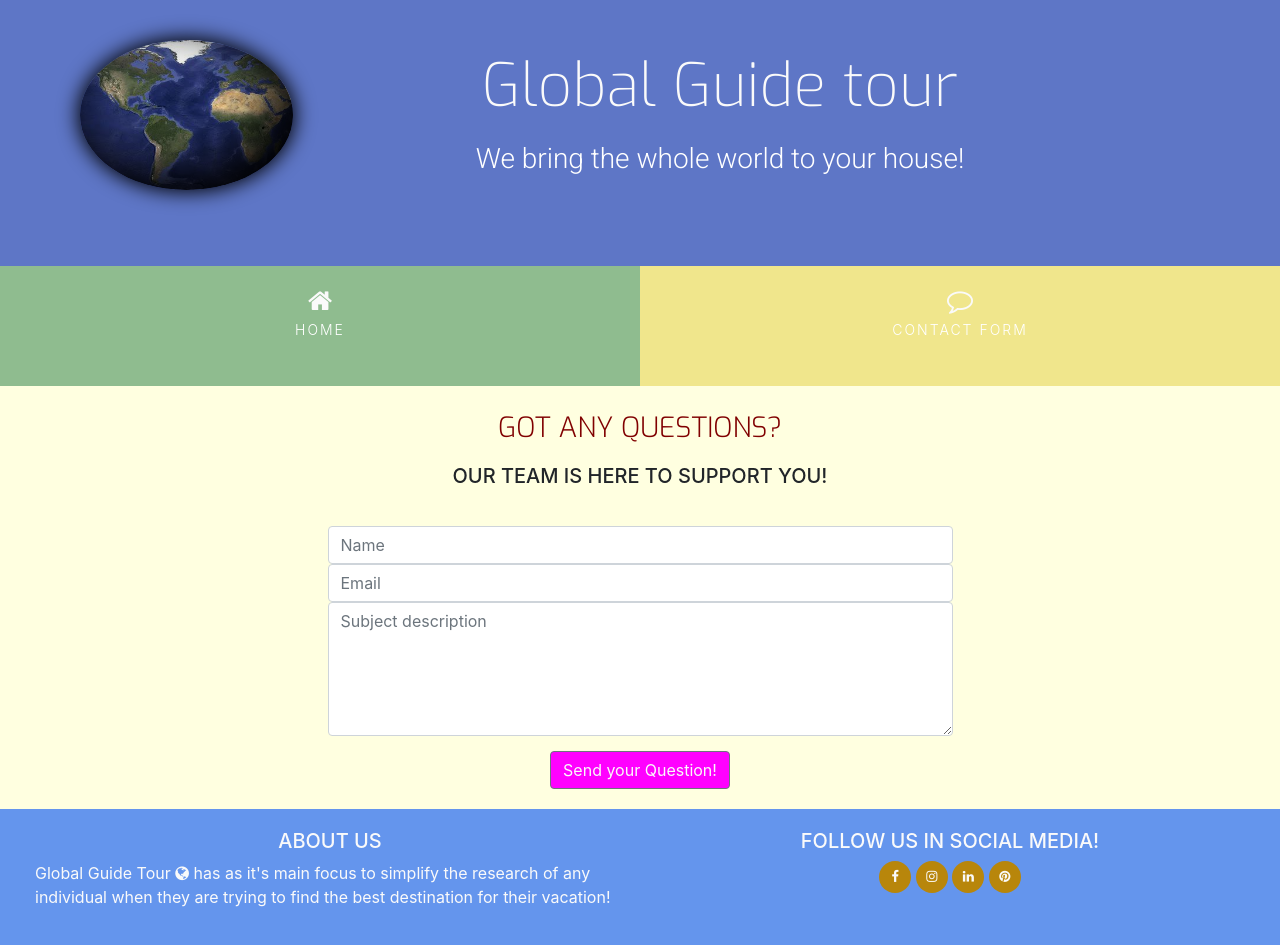
Repository: Bumper0417/2nd-Milestone-Project-with-Javascript
Page: contact-form.html
The author's editor kept a record of every edit. The page is drawn from the files as they stood at one moment, then again after the next edit.
The browser window is 1280 px wide. The pictures show the whole page.
Some web libraries are served in a nearby version.

Above is the page before.

After the next edit:
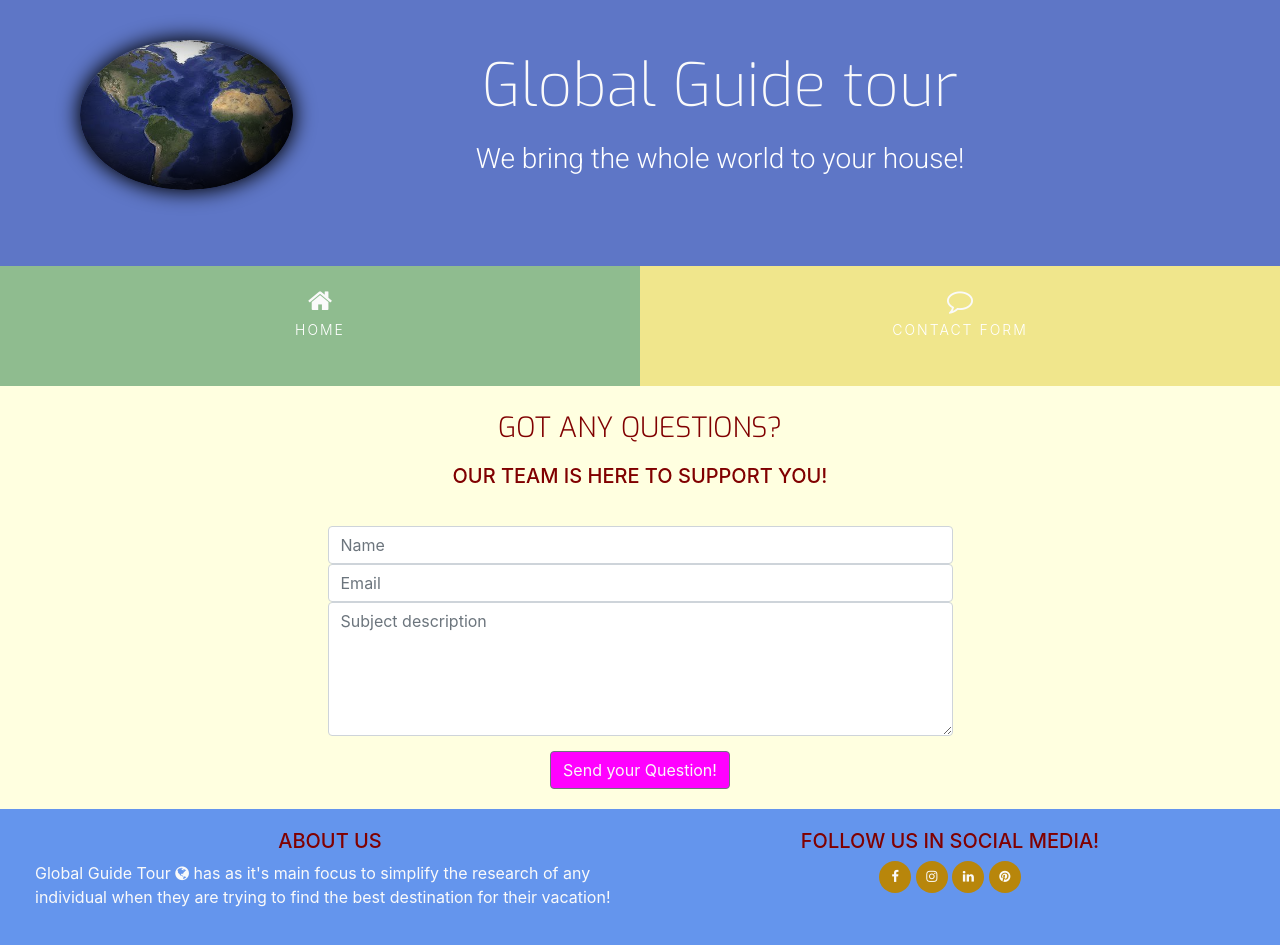
The edit:
--- a/assets/css/style.css
+++ b/assets/css/style.css
@@ -261,7 +261,9 @@
 }
 
 .uppercase{
-    text-transform: uppercase;}
+    text-transform: uppercase;
+    color: #800000;
+}
 
 .center-form{
     padding-top: 10px;
